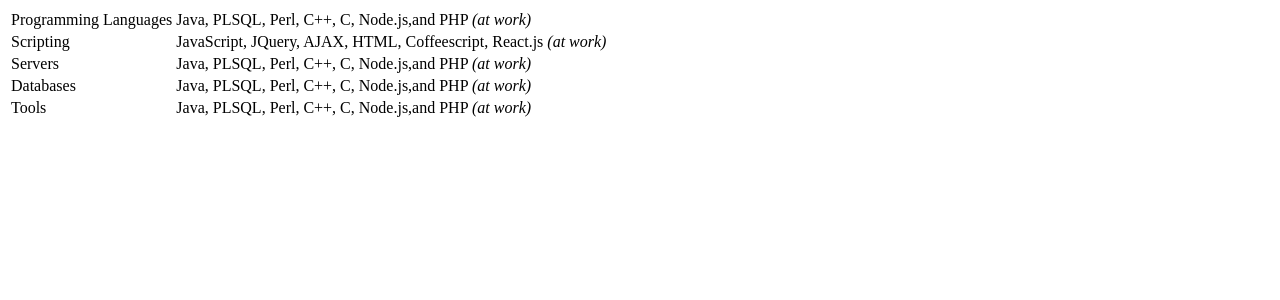
Repository: phanindrakannaji/Resume
Page: http://localhost/application/pages/skills.php
The author's editor kept a copy of each file at every save. The page is drawn from the files as they stood at one save, then again after the next save.
The browser window is 1280 px wide. The pictures show the whole page.
The page is run by PHP 8.4 with error messages shown; the project is at /var/www/html/.

Above is the page before, as saved 2016-09-25 20:29:08.
Console error: ReferenceError: $ is not defined

After the next save:
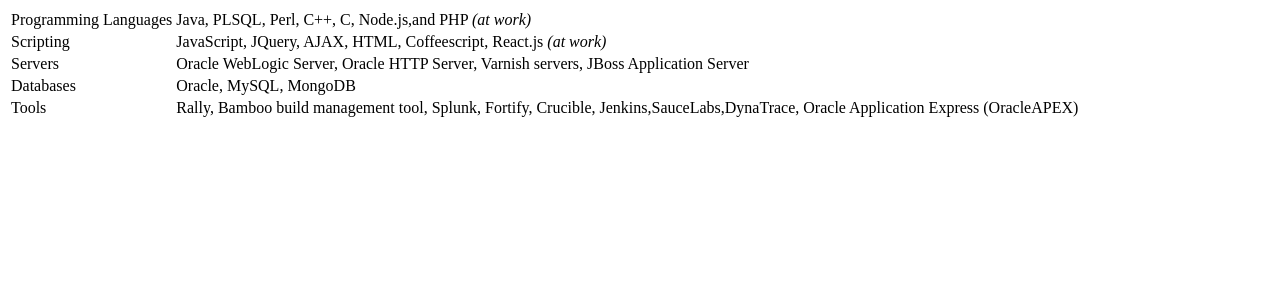
Saved 47 s later.
--- a/Resume/application/pages/skills.php
+++ b/Resume/application/pages/skills.php
@@ -22,7 +22,7 @@
 Servers
 </td>
 <td class="skillsContent">
-Java, PLSQL, Perl, C++, C, Node.js,and PHP <i>(at work)</i>
+Oracle WebLogic Server, Oracle HTTP Server, Varnish servers, JBoss Application Server
 </td>
 </tr>
 <tr class="skillsRow">
@@ -30,7 +30,7 @@
 Databases
 </td>
 <td class="skillsContent">
-Java, PLSQL, Perl, C++, C, Node.js,and PHP <i>(at work)</i>
+Oracle, MySQL, MongoDB
 </td>
 </tr>
 <tr class="skillsRow">
@@ -38,7 +38,7 @@
 Tools
 </td>
 <td class="skillsContent">
-Java, PLSQL, Perl, C++, C, Node.js,and PHP <i>(at work)</i>
+Rally, Bamboo build  management  tool,  Splunk,  Fortify,  Crucible,  Jenkins,SauceLabs,DynaTrace, Oracle Application Express (OracleAPEX)
 </td>
 </tr>
 </tbody>
